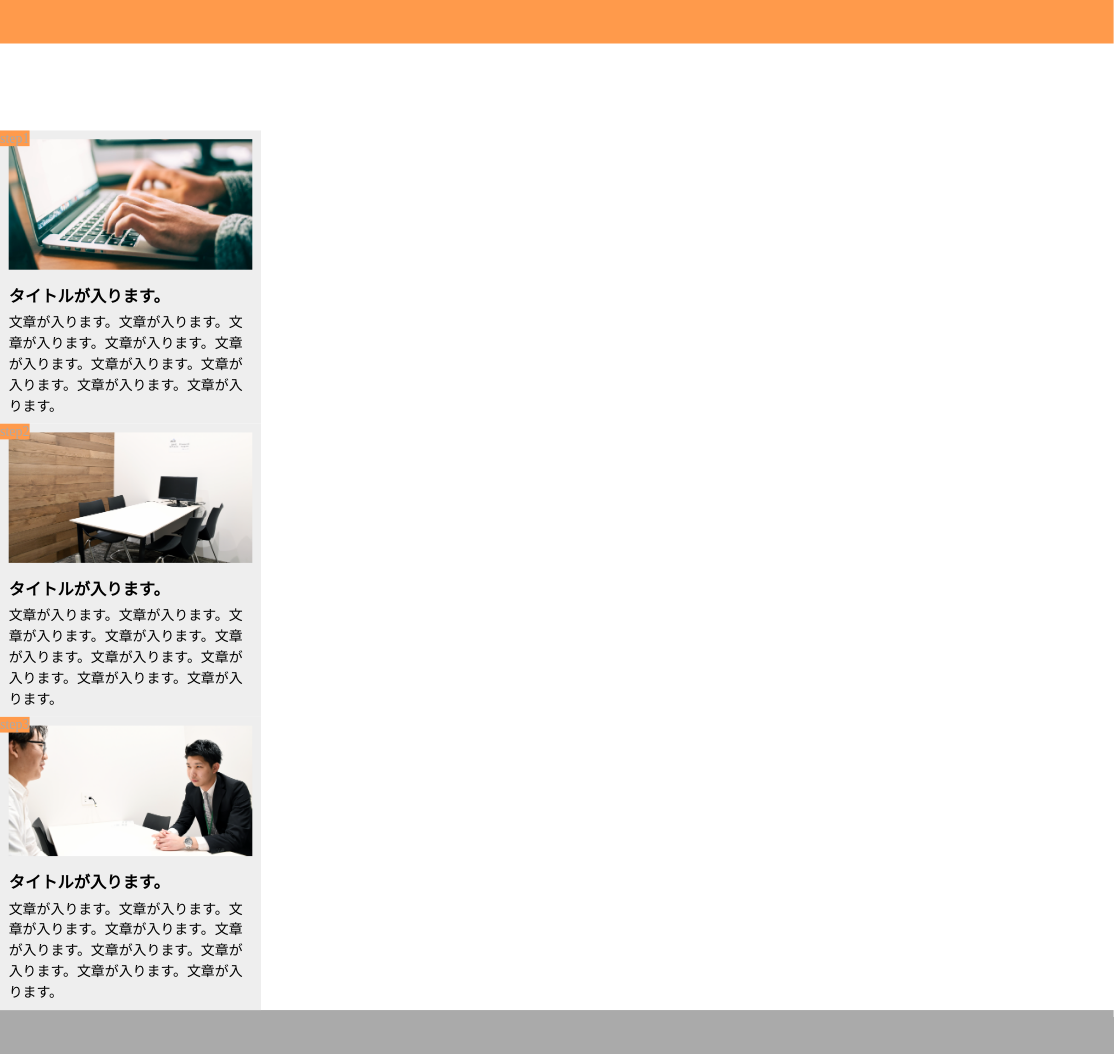
Repository: macchi-ro/-1
Page: 演習/practice.html
The author's editor kept a record of every edit. The page is drawn from the files as they stood at one moment, then again after the next edit.
The browser window is 1280 px wide. The pictures show the whole page, at 87% of full size.
Some web libraries are served in a nearby version.

Above is the page before.

### 演習/practice.html
<!DOCTYPE html>
<html lang="ja">
  <head>
    <meta charset="UTF-8" />

    <!-- FontAwesomeの読み込み -->
    <script src="https://kit.fontawesome.com/1411ab0f97.js" crossorigin="anonymous"></script>
    <!-- CSSファイルの読み込み -->
    <link rel="stylesheet" href="practice.css" />
    <title>演習</title>


  </head>

  <body>
   <header>
     <div class="header"></div>
   </header>

   <main>
     <div class="main"></div>
      <div class="step-box">
       <div class="step-num">step1</div>
       <div class="step-img1"></div>
       <h3 class="title">タイトルが入ります。</h3>
       <p class="stepbox.text">文章が入ります。文章が入ります。文章が入ります。文章が入ります。文章が入ります。文章が入ります。文章が入ります。文章が入ります。文章が入ります。</p>
     </div>

      <div class="step-box">
       <div class="step-num">step2</div>
       <div class="step-img2"></div>
       <h3 class="title">タイトルが入ります。</h3>
       <p class="stepbox.text">文章が入ります。文章が入ります。文章が入ります。文章が入ります。文章が入ります。文章が入ります。文章が入ります。文章が入ります。文章が入ります。</p>
      </div>

      <div class="step-box">
       <div class="step-num">step3</div>
       <div class="step-img3"></div>
       <h3 class="title">タイトルが入ります。</h3>
       <p class="stepbox.text">文章が入ります。文章が入ります。文章が入ります。文章が入ります。文章が入ります。文章が入ります。文章が入ります。文章が入ります。文章が入ります。</p>
      </div>
   </main>

   <footer>
     <div class="footer"></div>
   </footer>
  </body>
</html>

### 演習/practice.css
* {
  box-sizing: border-box;
  margin: 0;
  padding: 0;
}

.header {
 height: 50px;
 background-color: #ff9a4b;
}

.main {
  width: 960;
  margin: 50px auto;
  display: flex;
  justify-content: center;
}

.step-box {
  width: 300px;
  margin-right: 30px;
  padding: 10px;
  position: relative;
  background-color: #eee
}

.step-box last-child {
  margin-right: 0;
}

.step-img1 {
  height: 150px;
  background-image: url(img/flow01.png);
  background-position: bottom;
  background-size: cover
}

.step-img2 {
  height: 150px;
  background-image: url(img/flow02.png);
  background-position: bottom;
  background-size: cover
}

.step-img3 {
  height: 150px;
  background-image: url(img/flow03.png);
  background-position: bottom;
  background-size: cover
}

.step-num {
  position: absolute;
  top: 0;
  left: 0;
  background-color: #ff9a4b;
  color: #aaa;
}

.title {
  margin: 15px 0 5px;
}

.footer {
  height: 50px;
  background-color: #aaa;
}
@media screen and (max-width: 425px) {

   header {
    width: 100%;
    }
   main {
    width: 100%;
    }
   footer {
    width: 100%;
    }

    header {
     height: 50px;
    }
    main {
     margin: 50px auto;

     display:flex;
     flex-flow: column;

    }

    stepbox {
      width: 90%;
    }

}

After the next edit:
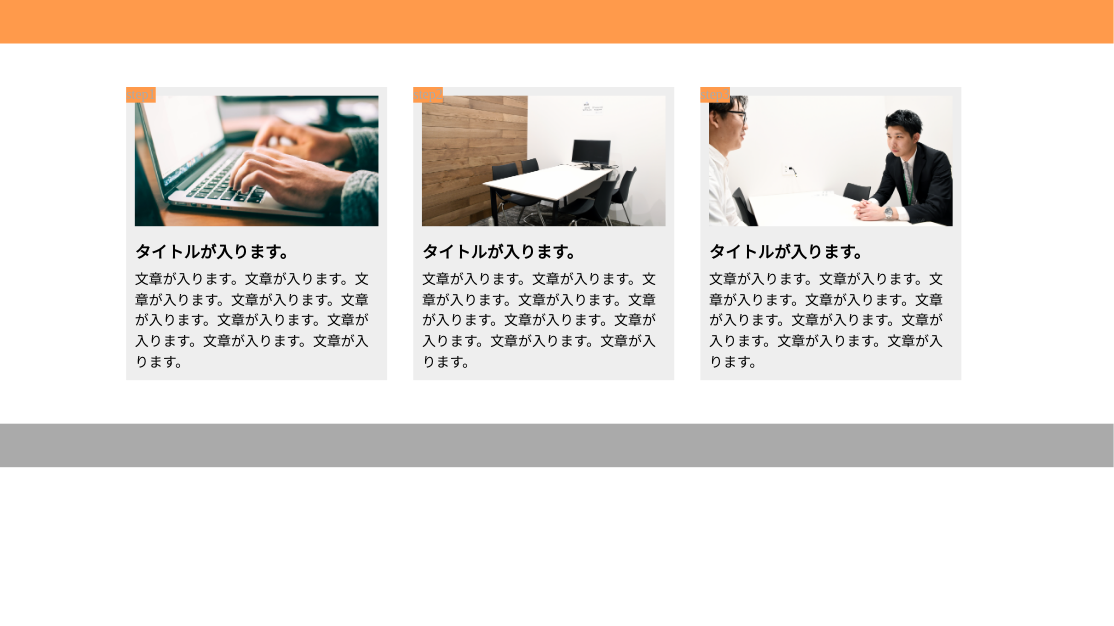
The edit:
--- a/演習/practice.html
+++ b/演習/practice.html
@@ -18,7 +18,7 @@
    </header>
 
    <main>
-     <div class="main"></div>
+     <div class="main">
       <div class="step-box">
        <div class="step-num">step1</div>
        <div class="step-img1"></div>
